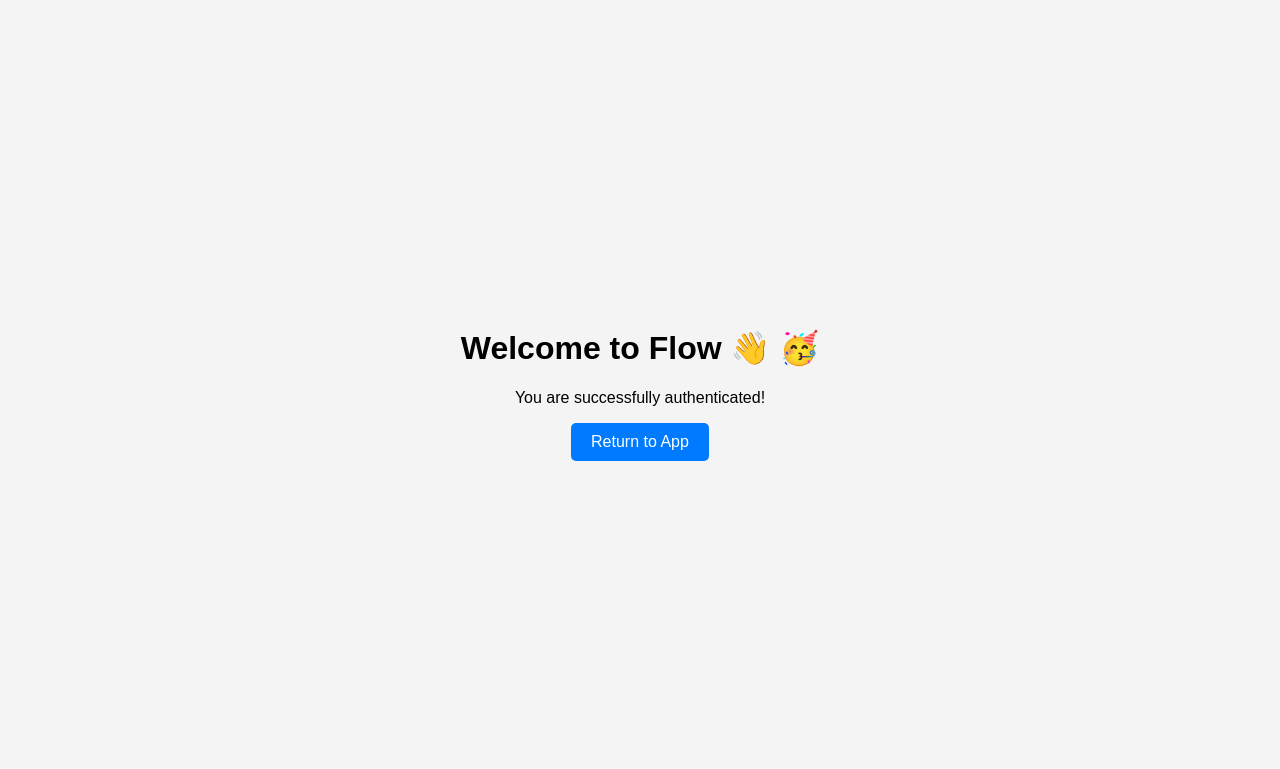
Repository: AlexAvgust/flow
Page: views/index.html
The author's editor kept a copy of each file at every save. The page is drawn from the files as they stood at one save, then again after the next save.
The browser window is 1280 px wide. The pictures show the whole page.

Above is the page before, as saved 2024-02-05 15:36:48.

After the next save:
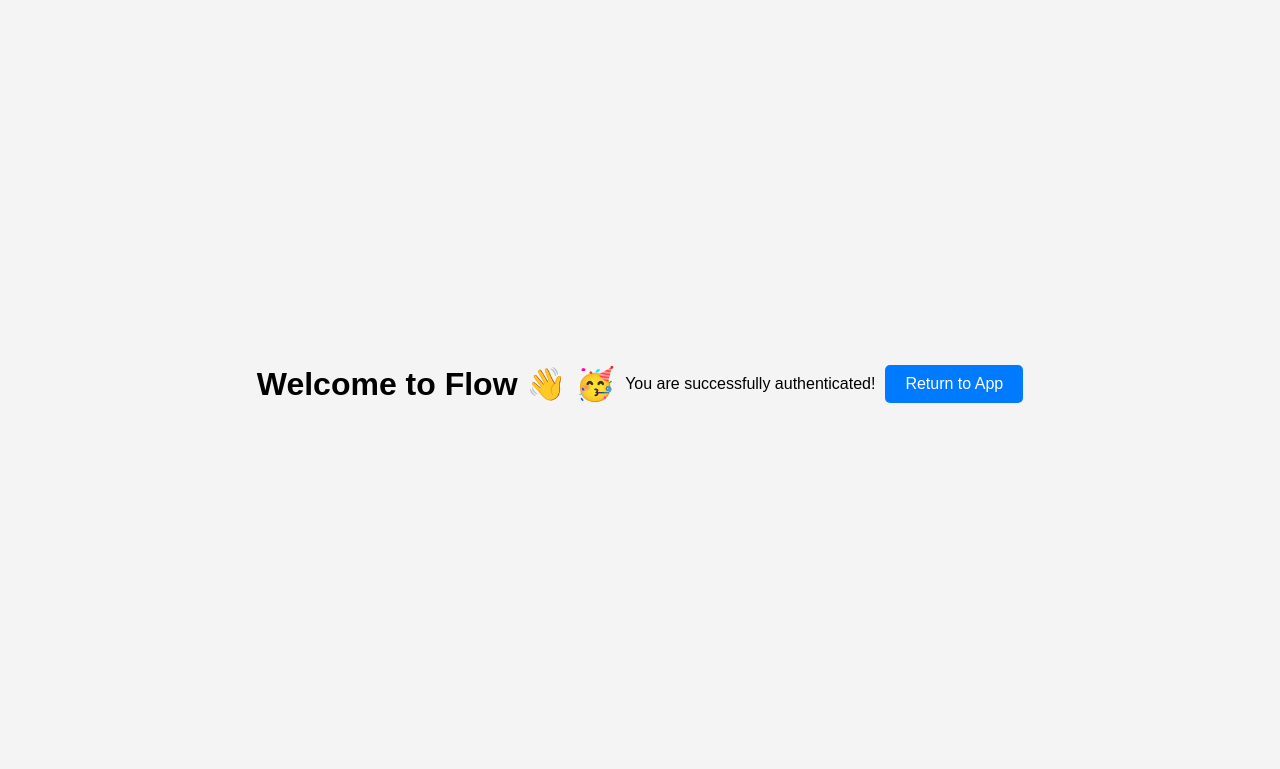
Saved 31 s later.
--- a/views/index.html
+++ b/views/index.html
@@ -15,6 +15,12 @@
             display: flex;
             justify-content: center;
             align-items: center;
+            & div {
+                display: flex;
+                justify-content: center;
+                align-items: center;
+                gap: 10px;
+            }
         }
 
         a {
